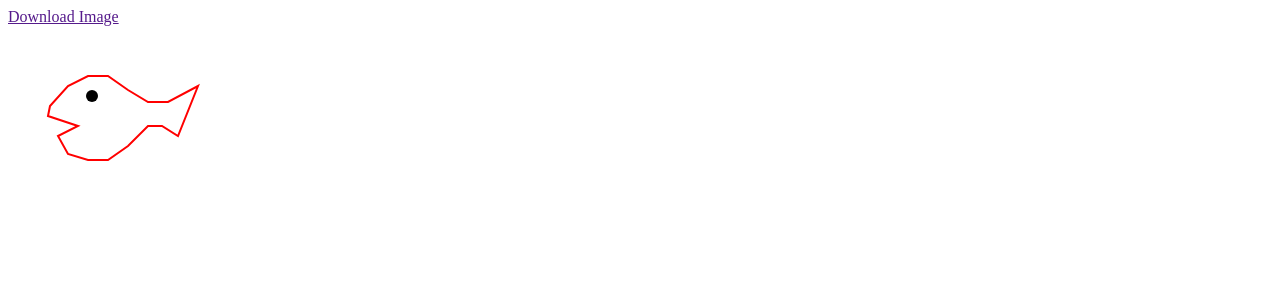
Repository: tclintaichung/book
Page: ex16/ex16_01/fish.html
An editor plug-in stored every save of this project. The page is shown before and after the next save, followed by the edit.
The browser window is 1280 px wide. The pictures show the whole page.

Above is the page before, as saved 2025-09-27 10:54:29.

After the next save:
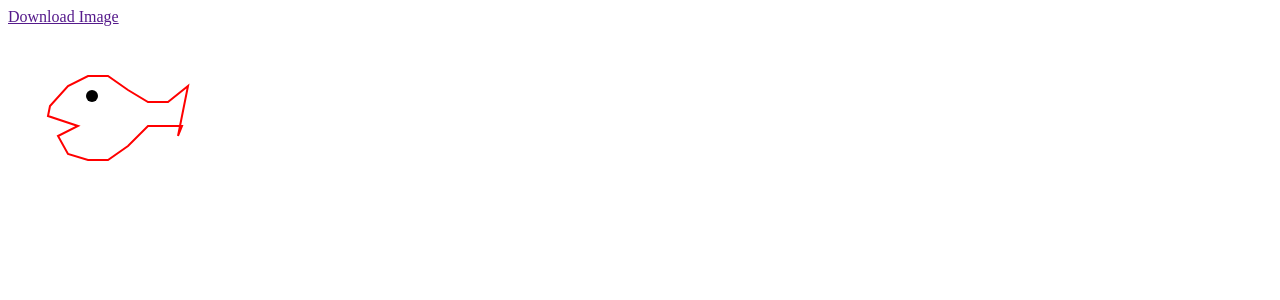
Saved 32 s later.
--- a/ex16/ex16_01/fish.html
+++ b/ex16/ex16_01/fish.html
@@ -12,7 +12,7 @@
         const colors = ["#FF0000", "#00FF00", "#0000FF", "#FFFF00", "#FFA500", "#FFFFFF"];
         const myCube = document.getElementById("myCanvas");
         const ctx = myCube.getContext("2d");
-        const point_x = [2,2.1,3,4,5,6,7,8,9.5,8.5,7.7,7,6,5,4,3,2.5,3.5];
+        const point_x = [2,2.1,3,4,5,6,7,8,9,8.5,8.7,7,6,5,4,3,2.5,3.5];
         const point_y = [4.5,4,3,2.5,2.5,3.2,3.8,3.8,3.0,5.5,5,5,6,6.7,6.7,6.4,5.5,5];
 
         for (let i = 0; i < point_x.length; i++) {
